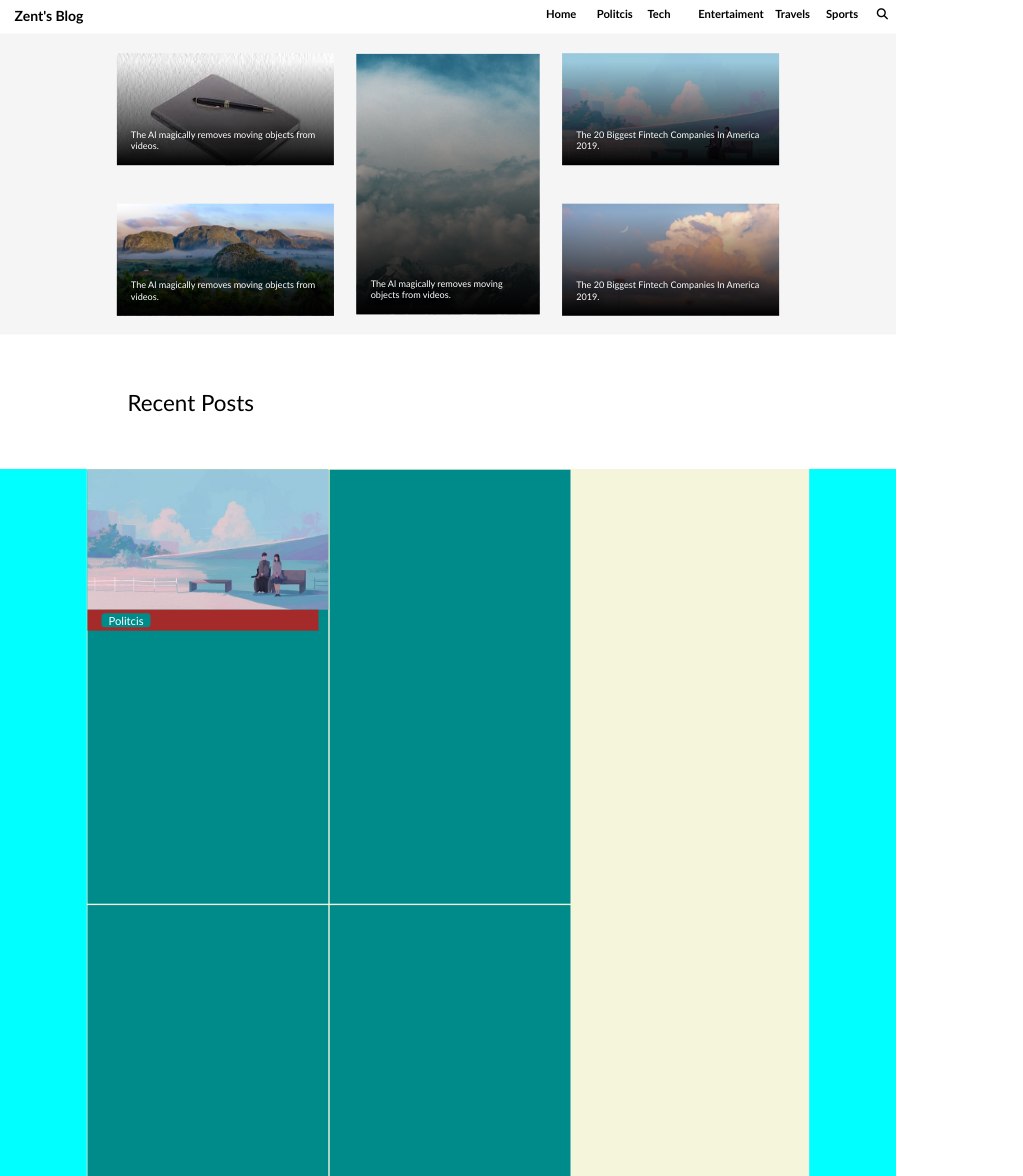
Repository: giacatdat2k5/html3
Page: html3.vs/7.1.html
The author's editor kept a copy of each file at every save. The page is drawn from the files as they stood at one save, then again after the next save.
The browser window is 1280 px wide. The page is 1462 px wide, so the pictures cover 1462 px, including what lies to the right of the window. The pictures show the part of the page from y = 0 to 1680 px (the page is 3779 px tall), at 70% of full size.

Above is the page before, as saved 2023-09-27 15:16:55.

After the next save:
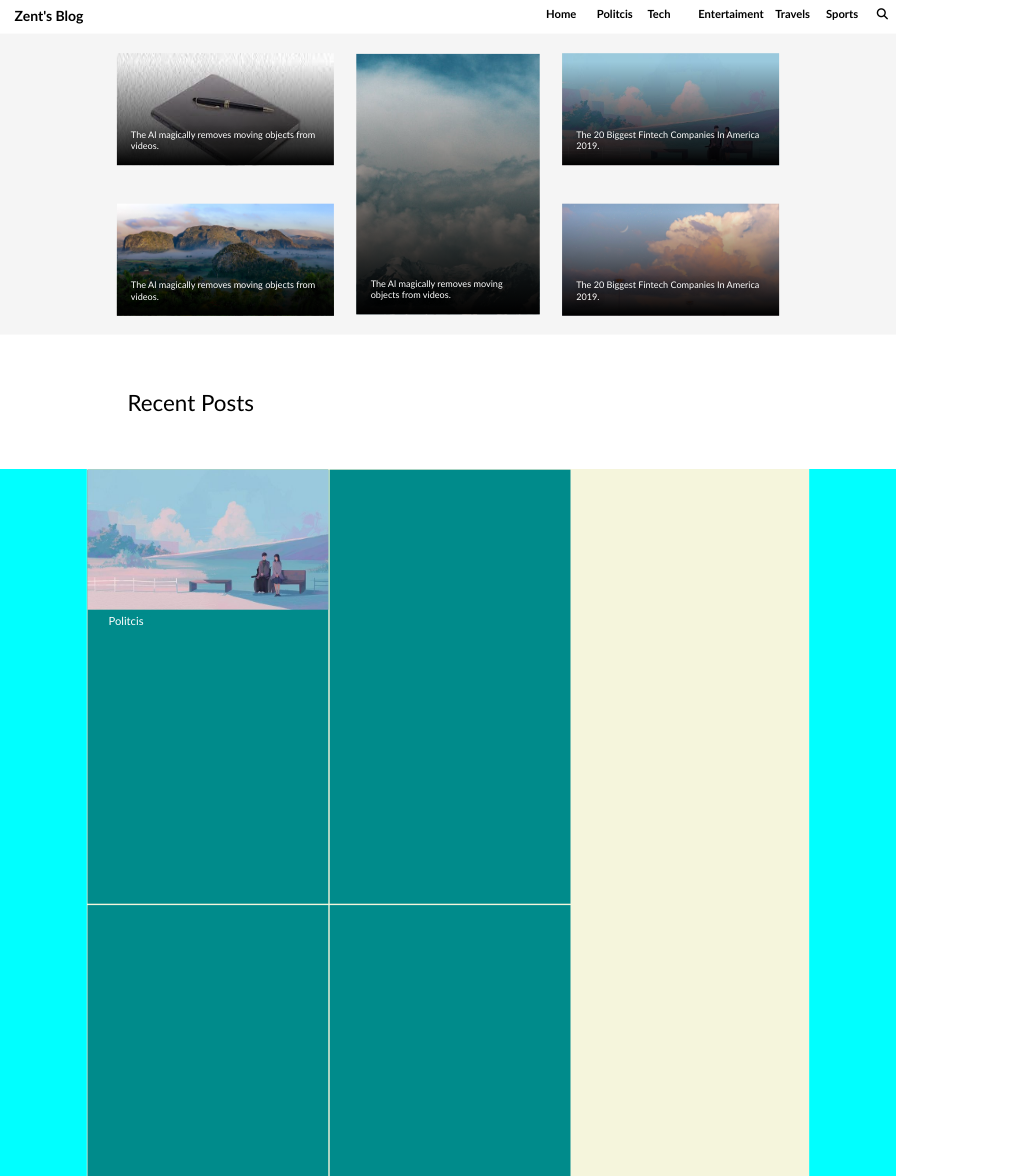
Saved 73 s later.
--- a/html3.vs/7.1.css
+++ b/html3.vs/7.1.css
@@ -173,7 +173,6 @@
 .tag{
     width: 90%;
     height: 30px;
-    background-color: brown;
     display: flex;
     align-items: center;
     padding-left: 20px;
@@ -188,4 +187,5 @@
     justify-content: center;
     align-items: center;
 }
+
 }

After the save that followed:
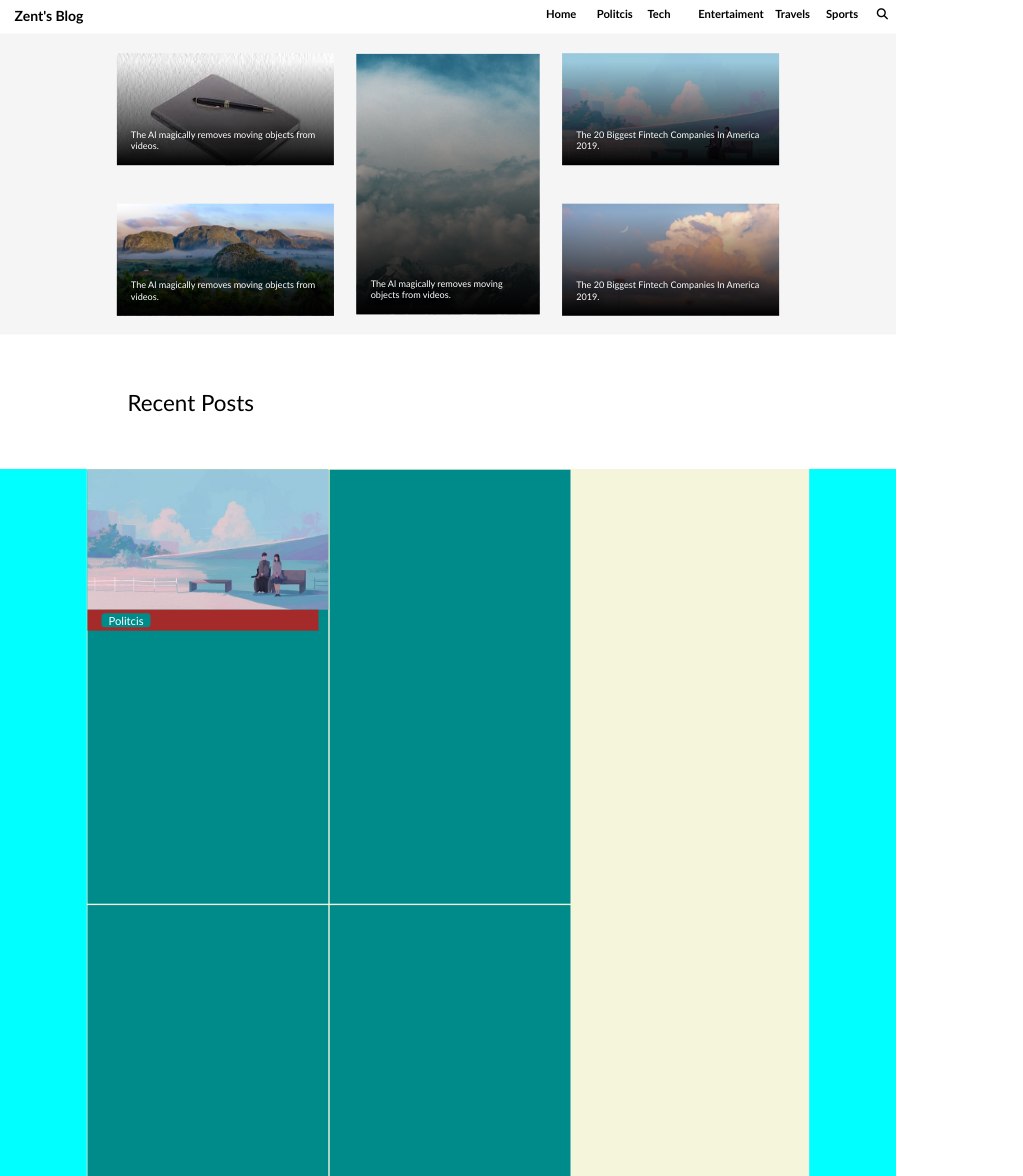
Saved 11 s later.
--- a/html3.vs/7.1.css
+++ b/html3.vs/7.1.css
@@ -173,6 +173,7 @@
 .tag{
     width: 90%;
     height: 30px;
+    background-color: brown;
     display: flex;
     align-items: center;
     padding-left: 20px;
